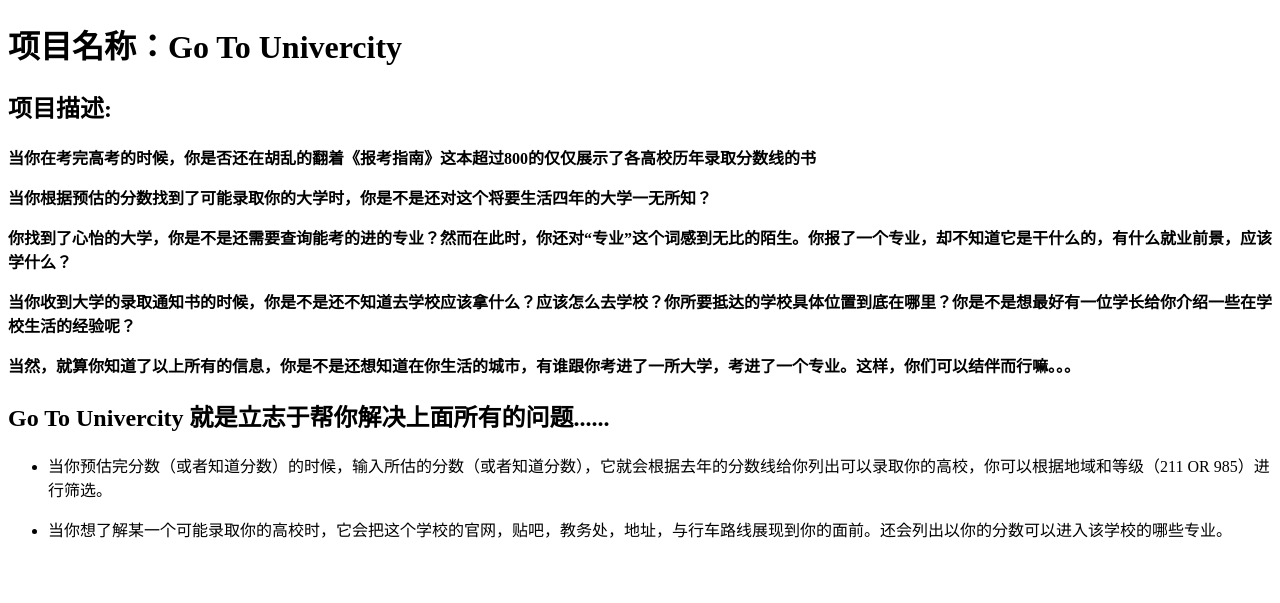
Repository: SUT-GC/GoToUnivercity
Page: http://localhost/GoToUniversity/ideasource/idea.jsp
An editor plug-in stored every save of this project. The page is shown before and after the next save, followed by the edit.
The browser window is 1280 px wide. The pictures show the whole page.
The page is served by Tomcat 9. Nobody is signed in. The application's start-up code is not run.

Above is the page before, as saved 2015-11-16 11:07:36.

### GoToUniversity/WebContent/ideasource/idea.jsp
<%@ page language="java" contentType="text/html; charset=UTF-8"
    pageEncoding="UTF-8"%>
<!DOCTYPE html PUBLIC "-//W3C//DTD HTML 4.01 Transitional//EN" "http://www.w3.org/TR/html4/loose.dtd">
<html>
<head>
<meta http-equiv="Content-Type" content="text/html; charset=UTF-8">
<title>Idea Source</title>
</head>
<body>
	<div class="content">
		<div class="content_head">
			<h1>项目名称：Go To Univercity</h1>
		</div>
		<div class="content_body">
			<div class="content_body_description">
				<h2>项目描述:</h2>
				<h4>
					<p>当你在考完高考的时候，你是否还在胡乱的翻着《报考指南》这本超过800的仅仅展示了各高校历年录取分数线的书</p>
					<p>当你根据预估的分数找到了可能录取你的大学时，你是不是还对这个将要生活四年的大学一无所知？</p>
					<p>你找到了心怡的大学，你是不是还需要查询能考的进的专业？然而在此时，你还对“专业”这个词感到无比的陌生。你报了一个专业，却不知道它是干什么的，有什么就业前景，应该学什么？</p>
					<p>当你收到大学的录取通知书的时候，你是不是还不知道去学校应该拿什么？应该怎么去学校？你所要抵达的学校具体位置到底在哪里？你是不是想最好有一位学长给你介绍一些在学校生活的经验呢？</p>
					<p>当然，就算你知道了以上所有的信息，你是不是还想知道在你生活的城市，有谁跟你考进了一所大学，考进了一个专业。这样，你们可以结伴而行嘛。。。</p>
				</h4>
			</div>
			<div class="content_body_content">
				<h2>Go To Univercity 就是立志于帮你解决上面所有的问题......</h2>
				<ul>
					<li><p>当你预估完分数（或者知道分数）的时候，输入所估的分数（或者知道分数），它就会根据去年的分数线给你列出可以录取你的高校，你可以根据地域和等级（211 OR 985）进行筛选。</p></li>
					<li><p>当你想了解某一个可能录取你的高校时，它会把这个学校的官网，贴吧，教务处，地址，与行车路线展现到你的面前。还会列出以你的分数可以进入该学校的哪些专业。</p></li>

				</ul>
			</div>
		</div>
	</div>
</body>
</html>

After the next save:
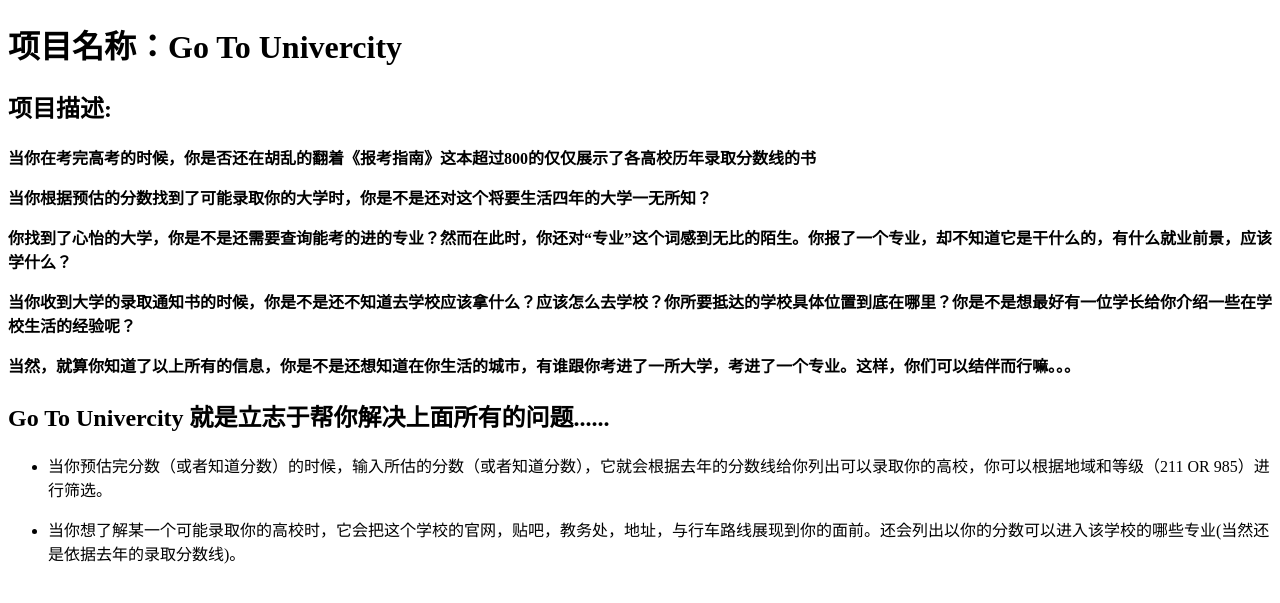
Saved 16 s later.
--- a/GoToUniversity/WebContent/ideasource/idea.jsp
+++ b/GoToUniversity/WebContent/ideasource/idea.jsp
@@ -26,7 +26,7 @@
 				<h2>Go To Univercity 就是立志于帮你解决上面所有的问题......</h2>
 				<ul>
 					<li><p>当你预估完分数（或者知道分数）的时候，输入所估的分数（或者知道分数），它就会根据去年的分数线给你列出可以录取你的高校，你可以根据地域和等级（211 OR 985）进行筛选。</p></li>
-					<li><p>当你想了解某一个可能录取你的高校时，它会把这个学校的官网，贴吧，教务处，地址，与行车路线展现到你的面前。还会列出以你的分数可以进入该学校的哪些专业。</p></li>
+					<li><p>当你想了解某一个可能录取你的高校时，它会把这个学校的官网，贴吧，教务处，地址，与行车路线展现到你的面前。还会列出以你的分数可以进入该学校的哪些专业(当然还是依据去年的录取分数线)。</p></li>
 
 				</ul>
 			</div>
